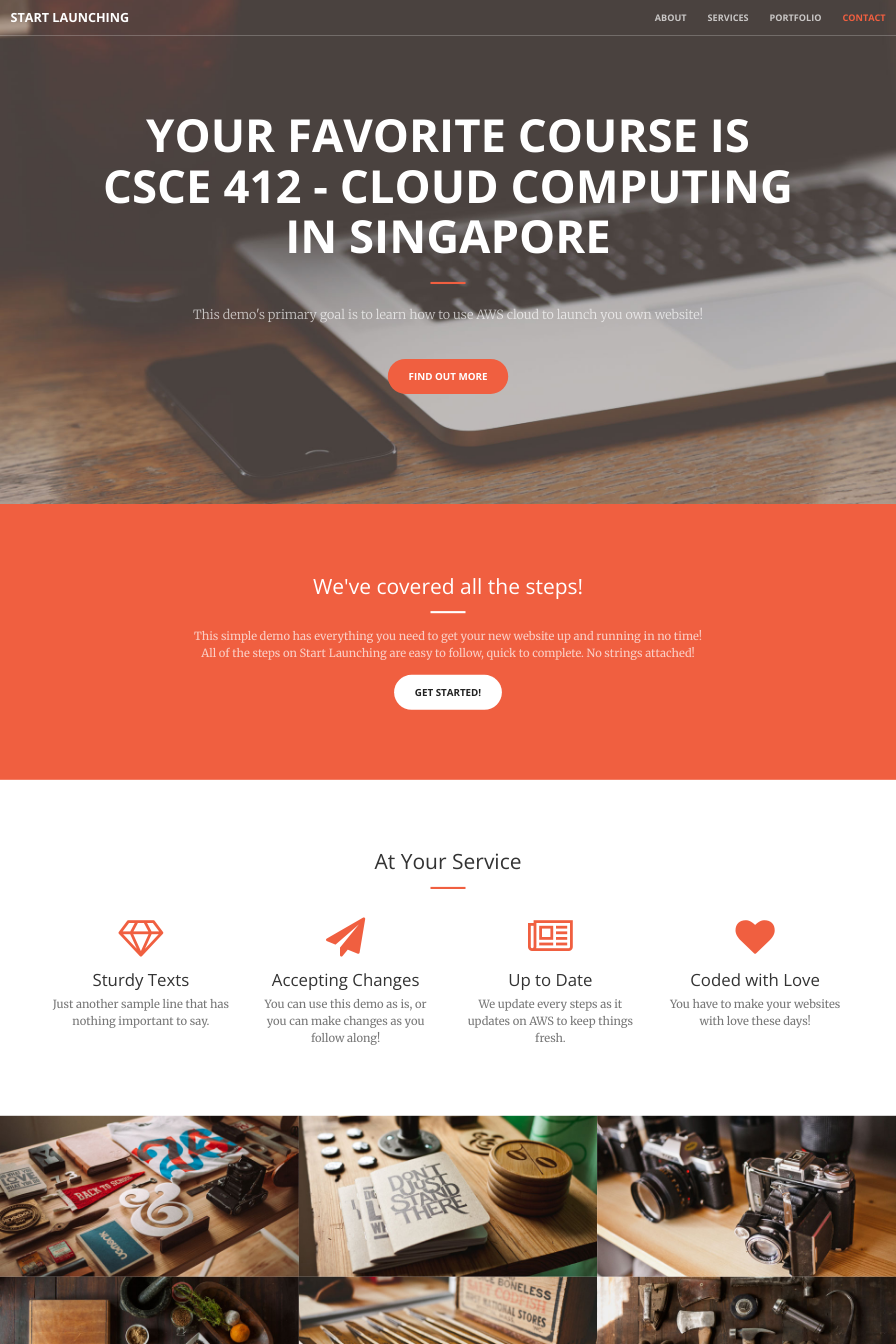
Repository: Alnotha/cs412alyan.me
Page: index.html
An editor plug-in stored every save of this project. The page is shown before and after the next save, followed by the edit.
The browser window is 1280 px wide. The pictures show the part of the page from y = 0 to 1920 px (the page is 2687 px tall), at 70% of full size.

Above is the page before, as saved 2025-01-08 20:48:02.

### index.html
<!DOCTYPE html>
<html lang="en">

<head>

    <meta charset="utf-8">
    <meta http-equiv="X-UA-Compatible" content="IE=edge">
    <meta name="viewport" content="width=device-width, initial-scale=1">
    <meta name="description" content="">
    <meta name="author" content="">

    <title>Creative - Start Launching</title>

    <!-- Bootstrap Core CSS -->
    <link rel="stylesheet" href="css/bootstrap.min.css" type="text/css">

    <!-- Custom Fonts -->
    <link href='http://fonts.googleapis.com/css?family=Open+Sans:300italic,400italic,600italic,700italic,800italic,400,300,600,700,800' rel='stylesheet' type='text/css'>
    <link href='http://fonts.googleapis.com/css?family=Merriweather:400,300,300italic,400italic,700,700italic,900,900italic' rel='stylesheet' type='text/css'>
    <link rel="stylesheet" href="font-awesome/css/font-awesome.min.css" type="text/css">

    <!-- Plugin CSS -->
    <link rel="stylesheet" href="css/animate.min.css" type="text/css">

    <!-- Custom CSS -->
    <link rel="stylesheet" href="css/creative.css" type="text/css">

    <!-- HTML5 Shim and Respond.js IE8 support of HTML5 elements and media queries -->
    <!-- WARNING: Respond.js doesn't work if you view the page via file:// -->
    <!--[if lt IE 9]>
        <script src="https://oss.maxcdn.com/libs/html5shiv/3.7.0/html5shiv.js"></script>
        <script src="https://oss.maxcdn.com/libs/respond.js/1.4.2/respond.min.js"></script>
    <![endif]-->

</head>

<body id="page-top">

    <nav id="mainNav" class="navbar navbar-default navbar-fixed-top">
        <div class="container-fluid">
            <!-- Brand and toggle get grouped for better mobile display -->
            <div class="navbar-header">
                <button type="button" class="navbar-toggle collapsed" data-toggle="collapse" data-target="#bs-example-navbar-collapse-1">
                    <span class="sr-only">Toggle navigation</span>
                    <span class="icon-bar"></span>
                    <span class="icon-bar"></span>
                    <span class="icon-bar"></span>
                </button>
                <a class="navbar-brand page-scroll" href="#page-top">Start Launching</a>
            </div>

            <!-- Collect the nav links, forms, and other content for toggling -->
            <div class="collapse navbar-collapse" id="bs-example-navbar-collapse-1">
                <ul class="nav navbar-nav navbar-right">
                    <li>
                        <a class="page-scroll" href="#about">About</a>
                    </li>
                    <li>
                        <a class="page-scroll" href="#services">Services</a>
                    </li>
                    <li>
                        <a class="page-scroll" href="#portfolio">Portfolio</a>
                    </li>
                    <li>
                        <a class="page-scroll" href="#contact">Contact</a>
                    </li>
                </ul>
            </div>
            <!-- /.navbar-collapse -->
        </div>
        <!-- /.container-fluid -->
    </nav>

    <header>
        <div class="header-content">
            <div class="header-content-inner">
                <h1>Your Favorite Course is CSCE 412 - Cloud Computing in Singapore</h1>
                <hr>
                <p>This demo's primary goal is to learn how to use AWS cloud to launch you own website!</p>
                <a href="#about" class="btn btn-primary btn-xl page-scroll">Find Out More</a>
            </div>
        </div>
    </header>

    <section class="bg-primary" id="about">
        <div class="container">
            <div class="row">
                <div class="col-lg-8 col-lg-offset-2 text-center">
                    <h2 class="section-heading">We've covered all the steps!</h2>
                    <hr class="light">
                    <p class="text-faded">This simple demo has everything you need to get your new website up and running in no time! All of the steps on Start Launching are easy to follow, quick to complete. No strings attached!</p>
                    <a href="#" class="btn btn-default btn-xl">Get Started!</a>
                </div>
            </div>
        </div>
    </section>

    <section id="services">
        <div class="container">
            <div class="row">
                <div class="col-lg-12 text-center">
                    <h2 class="section-heading">At Your Service</h2>
                    <hr class="primary">
                </div>
            </div>
        </div>
        <div class="container">
            <div class="row">
                <div class="col-lg-3 col-md-6 text-center">
                    <div class="service-box">
                        <i class="fa fa-4x fa-diamond wow bounceIn text-primary"></i>
                        <h3>Sturdy Texts</h3>
                        <p class="text-muted">Just another sample line that has nothing important to say.</p>
                    </div>
                </div>
                <div class="col-lg-3 col-md-6 text-center">
                    <div class="service-box">
                        <i class="fa fa-4x fa-paper-plane wow bounceIn text-primary" data-wow-delay=".1s"></i>
                        <h3>Accepting Changes</h3>
                        <p class="text-muted">You can use this demo as is, or you can make changes as you follow along!</p>
                    </div>
                </div>
                <div class="col-lg-3 col-md-6 text-center">
                    <div class="service-box">
                        <i class="fa fa-4x fa-newspaper-o wow bounceIn text-primary" data-wow-delay=".2s"></i>
                        <h3>Up to Date</h3>
                        <p class="text-muted">We update every steps as it updates on AWS to keep things fresh.</p>
                    </div>
                </div>
                <div class="col-lg-3 col-md-6 text-center">
                    <div class="service-box">
                        <i class="fa fa-4x fa-heart wow bounceIn text-primary" data-wow-delay=".3s"></i>
                        <h3>Coded with Love</h3>
                        <p class="text-muted">You have to make your websites with love these days!</p>
                    </div>
                </div>
            </div>
        </div>
    </section>

    <section class="no-padding" id="portfolio">
        <div class="container-fluid">
            <div class="row no-gutter">
                <div class="col-lg-4 col-sm-6">
                    <a href="#" class="portfolio-box">
                        <img src="img/portfolio/1.jpg" class="img-responsive" alt="">
                        <div class="portfolio-box-caption">
                            <div class="portfolio-box-caption-content">
                                <div class="project-category text-faded">
                                    Category
                                </div>
                                <div class="project-name">
                                    Project Name
                                </div>
                            </div>
                        </div>
                    </a>
                </div>
                <div class="col-lg-4 col-sm-6">
                    <a href="#" class="portfolio-box">
                        <img src="img/portfolio/2.jpg" class="img-responsive" alt="">
                        <div class="portfolio-box-caption">
                            <div class="portfolio-box-caption-content">
                                <div class="project-category text-faded">
                                    Category
                                </div>
                                <div class="project-name">
                                    Project Name
                                </div>
                            </div>
                        </div>
                    </a>
                </div>
                <div class="col-lg-4 col-sm-6">
                    <a href="#" class="portfolio-box">
                        <img src="img/portfolio/3.jpg" class="img-responsive" alt="">
                        <div class="portfolio-box-caption">
                            <div class="portfolio-box-caption-content">
                                <div class="project-category text-faded">
                                    Category
                                </div>
                                <div class="project-name">
                                    Project Name
                                </div>
                            </div>
                        </div>
                    </a>
                </div>
                <div class="col-lg-4 col-sm-6">
                    <a href="#" class="portfolio-box">
                        <img src="img/portfolio/4.jpg" class="img-responsive" alt="">
                        <div class="portfolio-box-caption">
                            <div class="portfolio-box-caption-content">
                                <div class="project-category text-faded">
                                    Category
                                </div>
                                <div class="project-name">
                                    Project Name
                                </div>
                            </div>
                        </div>
                    </a>
                </div>
                <div class="col-lg-4 col-sm-6">
                    <a href="#" class="portfolio-box">
                        <img src="img/portfolio/5.jpg" class="img-responsive" alt="">
                        <div class="portfolio-box-caption">
                            <div class="portfolio-box-caption-content">
                                <div class="project-category text-faded">
                                    Category
                                </div>
                                <div class="project-name">
                                    Project Name
                                </div>
                            </div>
                        </div>
                    </a>
                </div>
                <div class="col-lg-4 col-sm-6">
                    <a href="#" class="portfolio-box">
                        <img src="img/portfolio/6.jpg" class="img-responsive" alt="">
                        <div class="portfolio-box-caption">
                            <div class="portfolio-box-caption-content">
                                <div class="project-category text-faded">
                                    Category
                                </div>
                                <div class="project-name">
                                    Project Name
                                </div>
                            </div>
                        </div>
                    </a>
                </div>
            </div>
        </div>
    </section>

    <aside class="bg-dark">
        <div class="container text-center">
            <div class="call-to-action">
                <h2>Free Download this on Canvas!</h2>
                <a href="#" class="btn btn-default btn-xl wow tada">Download Now!</a>
            </div>
        </div>
    </aside>

    <section id="contact">
        <div class="container">
            <div class="row">
                <div class="col-lg-8 col-lg-offset-2 text-center">
                    <h2 class="section-heading">Let's Get In Touch!</h2>
                    <hr class="primary">
                    <p>Ready to start your next phase of this project? That's great! Give us a week or so and we will get back to you as soon as possible!</p>
                </div>
                <div class="col-lg-4 col-lg-offset-2 text-center">
                    <i class="fa fa-phone fa-3x wow bounceIn"></i>
                    <p>123-456-6789</p>
                </div>
                <div class="col-lg-4 text-center">
                    <i class="fa fa-envelope-o fa-3x wow bounceIn" data-wow-delay=".1s"></i>
                    <p><a href="mailto:your-email@your-domain.com">feedback@csce412.xyz</a></p>
                </div>
            </div>
        </div>
    </section>

    <!-- jQuery -->
    <script src="js/jquery.js"></script>

    <!-- Bootstrap Core JavaScript -->
    <script src="js/bootstrap.min.js"></script>

    <!-- Plugin JavaScript -->
    <script src="js/jquery.easing.min.js"></script>
    <script src="js/jquery.fittext.js"></script>
    <script src="js/wow.min.js"></script>

    <!-- Custom Theme JavaScript -->
    <script src="js/creative.js"></script>

</body>

</html>

### css/creative.css
/*!
 * Start Bootstrap - Creative Bootstrap Theme (http://startbootstrap.com)
 * Code licensed under the Apache License v2.0.
 * For details, see http://www.apache.org/licenses/LICENSE-2.0.
 */

html,
body {
    width: 100%;
    height: 100%;
}

body {
    font-family: Merriweather,'Helvetica Neue',Arial,sans-serif;
}

hr {
    max-width: 50px;
    border-color: #f05f40;
    border-width: 3px;
}

hr.light {
    border-color: #fff;
}

a {
    color: #f05f40;
    -webkit-transition: all .35s;
    -moz-transition: all .35s;
    transition: all .35s;
}

a:hover,
a:focus {
    color: #eb3812;
}

h1,
h2,
h3,
h4,
h5,
h6 {
    font-family: 'Open Sans','Helvetica Neue',Arial,sans-serif;
}

p {
    margin-bottom: 20px;
    font-size: 16px;
    line-height: 1.5;
}

.bg-primary {
    background-color: #f05f40;
}

.bg-dark {
    color: #fff;
    background-color: #222;
}

.text-faded {
    color: rgba(255,255,255,.7);
}

section {
    padding: 100px 0;
}

aside {
    padding: 50px 0;
}

.no-padding {
    padding: 0;
}

.navbar-default {
    border-color: rgba(34,34,34,.05);
    font-family: 'Open Sans','Helvetica Neue',Arial,sans-serif;
    background-color: #fff;
    -webkit-transition: all .35s;
    -moz-transition: all .35s;
    transition: all .35s;
}

.navbar-default .navbar-header .navbar-brand {
    text-transform: uppercase;
    font-family: 'Open Sans','Helvetica Neue',Arial,sans-serif;
    font-weight: 700;
    color: #f05f40;
}

.navbar-default .navbar-header .navbar-brand:hover,
.navbar-default .navbar-header .navbar-brand:focus {
    color: #eb3812;
}

.navbar-default .nav > li>a,
.navbar-default .nav>li>a:focus {
    text-transform: uppercase;
    font-size: 13px;
    font-weight: 700;
    color: #222;
}

.navbar-default .nav > li>a:hover,
.navbar-default .nav>li>a:focus:hover {
    color: #f05f40;
}

.navbar-default .nav > li.active>a,
.navbar-default .nav>li.active>a:focus {
    color: #f05f40!important;
    background-color: transparent;
}

.navbar-default .nav > li.active>a:hover,
.navbar-default .nav>li.active>a:focus:hover {
    background-color: transparent;
}

@media(min-width:768px) {
    .navbar-default {
        border-color: rgba(255,255,255,.3);
        background-color: transparent;
    }

    .navbar-default .navbar-header .navbar-brand {
        color: rgba(255,255,255,.7);
    }

    .navbar-default .navbar-header .navbar-brand:hover,
    .navbar-default .navbar-header .navbar-brand:focus {
        color: #fff;
    }

    .navbar-default .nav > li>a,
    .navbar-default .nav>li>a:focus {
        color: rgba(255,255,255,.7);
    }

    .navbar-default .nav > li>a:hover,
    .navbar-default .nav>li>a:focus:hover {
        color: #fff;
    }

    .navbar-default.affix {
        border-color: rgba(34,34,34,.05);
        background-color: #fff;
    }

    .navbar-default.affix .navbar-header .navbar-brand {
        font-size: 14px;
        color: #f05f40;
    }

    .navbar-default.affix .navbar-header .navbar-brand:hover,
    .navbar-default.affix .navbar-header .navbar-brand:focus {
        color: #eb3812;
    }

    .navbar-default.affix .nav > li>a,
    .navbar-default.affix .nav>li>a:focus {
        color: #222;
    }

    .navbar-default.affix .nav > li>a:hover,
    .navbar-default.affix .nav>li>a:focus:hover {
        color: #f05f40;
    }
}

header {
    position: relative;
    width: 100%;
    min-height: auto;
    text-align: center;
    color: #fff;
    background-image: url(../img/header.jpg);
    background-position: center;
    -webkit-background-size: cover;
    -moz-background-size: cover;
    background-size: cover;
    -o-background-size: cover;
}

header .header-content {
    position: relative;
    width: 100%;
    padding: 100px 15px;
    text-align: center;
}

header .header-content .header-content-inner h1 {
    margin-top: 0;
    margin-bottom: 0;
    text-transform: uppercase;
    font-weight: 700;
}

header .header-content .header-content-inner hr {
    margin: 30px auto;
}

header .header-content .header-content-inner p {
    margin-bottom: 50px;
    font-size: 16px;
    font-weight: 300;
    color: rgba(255,255,255,.7);
}

@media(min-width:768px) {
    header {
        min-height: 100%;
    }

    header .header-content {
        position: absolute;
        top: 50%;
        padding: 0 50px;
        -webkit-transform: translateY(-50%);
        -ms-transform: translateY(-50%);
        transform: translateY(-50%);
    }

    header .header-content .header-content-inner {
        margin-right: auto;
        margin-left: auto;
        max-width: 1000px;
    }

    header .header-content .header-content-inner p {
        margin-right: auto;
        margin-left: auto;
        max-width: 80%;
        font-size: 18px;
    }
}

.section-heading {
    margin-top: 0;
}

.service-box {
    margin: 50px auto 0;
    max-width: 400px;
}

@media(min-width:992px) {
    .service-box {
        margin: 20px auto 0;
    }
}

.service-box p {
    margin-bottom: 0;
}

.portfolio-box {
    display: block;
    position: relative;
    margin: 0 auto;
    max-width: 650px;
}

.portfolio-box .portfolio-box-caption {
    display: block;
    position: absolute;
    bottom: 0;
    width: 100%;
    height: 100%;
    text-align: center;
    color: #fff;
    opacity: 0;
    background: rgba(240,95,64,.9);
    -webkit-transition: all .35s;
    -moz-transition: all .35s;
    transition: all .35s;
}

.portfolio-box .portfolio-box-caption .portfolio-box-caption-content {
    position: absolute;
    top: 50%;
    width: 100%;
    text-align: center;
    transform: translateY(-50%);
}

.portfolio-box .portfolio-box-caption .portfolio-box-caption-content .project-category,
.portfolio-box .portfolio-box-caption .portfolio-box-caption-content .project-name {
    padding: 0 15px;
    font-family: 'Open Sans','Helvetica Neue',Arial,sans-serif;
}

.portfolio-box .portfolio-box-caption .portfolio-box-caption-content .project-category {
    text-transform: uppercase;
    font-size: 14px;
    font-weight: 600;
}

.portfolio-box .portfolio-box-caption .portfolio-box-caption-content .project-name {
    font-size: 18px;
}

.portfolio-box:hover .portfolio-box-caption {
    opacity: 1;
}

@media(min-width:768px) {
    .portfolio-box .portfolio-box-caption .portfolio-box-caption-content .project-category {
        font-size: 16px;
    }

    .portfolio-box .portfolio-box-caption .portfolio-box-caption-content .project-name {
        font-size: 22px;
    }
}

.call-to-action h2 {
    margin: 0 auto 20px;
}

.text-primary {
    color: #f05f40;
}

.no-gutter > [class*=col-] {
    padding-right: 0;
    padding-left: 0;
}

.btn-default {
    border-color: #fff;
    color: #222;
    background-color: #fff;
    -webkit-transition: all .35s;
    -moz-transition: all .35s;
    transition: all .35s;
}

.btn-default:hover,
.btn-default:focus,
.btn-default.focus,
.btn-default:active,
.btn-default.active,
.open > .dropdown-toggle.btn-default {
    border-color: #ededed;
    color: #222;
    background-color: #f2f2f2;
}

.btn-default:active,
.btn-default.active,
.open > .dropdown-toggle.btn-default {
    background-image: none;
}

.btn-default.disabled,
.btn-default[disabled],
fieldset[disabled] .btn-default,
.btn-default.disabled:hover,
.btn-default[disabled]:hover,
fieldset[disabled] .btn-default:hover,
.btn-default.disabled:focus,
.btn-default[disabled]:focus,
fieldset[disabled] .btn-default:focus,
.btn-default.disabled.focus,
.btn-default[disabled].focus,
fieldset[disabled] .btn-default.focus,
.btn-default.disabled:active,
.btn-default[disabled]:active,
fieldset[disabled] .btn-default:active,
.btn-default.disabled.active,
.btn-default[disabled].active,
fieldset[disabled] .btn-default.active {
    border-color: #fff;
    background-color: #fff;
}

.btn-default .badge {
    color: #fff;
    background-color: #222;
}

.btn-primary {
    border-color: #f05f40;
    color: #fff;
    background-color: #f05f40;
    -webkit-transition: all .35s;
    -moz-transition: all .35s;
    transition: all .35s;
}

.btn-primary:hover,
.btn-primary:focus,
.btn-primary.focus,
.btn-primary:active,
.btn-primary.active,
.open > .dropdown-toggle.btn-primary {
    border-color: #ed431f;
    color: #fff;
    background-color: #ee4b28;
}

.btn-primary:active,
.btn-primary.active,
.open > .dropdown-toggle.btn-primary {
    background-image: none;
}

.btn-primary.disabled,
.btn-primary[disabled],
fieldset[disabled] .btn-primary,
.btn-primary.disabled:hover,
.btn-primary[disabled]:hover,
fieldset[disabled] .btn-primary:hover,
.btn-primary.disabled:focus,
.btn-primary[disabled]:focus,
fieldset[disabled] .btn-primary:focus,
.btn-primary.disabled.focus,
.btn-primary[disabled].focus,
fieldset[disabled] .btn-primary.focus,
.btn-primary.disabled:active,
.btn-primary[disabled]:active,
fieldset[disabled] .btn-primary:active,
.btn-primary.disabled.active,
.btn-primary[disabled].active,
fieldset[disabled] .btn-primary.active {
    border-color: #f05f40;
    background-color: #f05f40;
}

.btn-primary .badge {
    color: #f05f40;
    background-color: #fff;
}

.btn {
    border: 0;
    border-radius: 300px;
    text-transform: uppercase;
    font-family: 'Open Sans','Helvetica Neue',Arial,sans-serif;
    font-weight: 700;
}

.btn-xl {
    padding: 15px 30px;
}

::-moz-selection {
    text-shadow: none;
    color: #fff;
    background: #222;
}

::selection {
    text-shadow: none;
    color: #fff;
    background: #222;
}

img::selection {
    color: #fff;
    background: 0 0;
}

img::-moz-selection {
    color: #fff;
    background: 0 0;
}

body {
    webkit-tap-highlight-color: #222;
}

Loaded but not shown: css/bootstrap.min.css (library); font-awesome/css/font-awesome.min.css (library); css/animate.min.css (library); js/jquery.js (library); js/bootstrap.min.js (library); js/jquery.easing.min.js (library); js/jquery.fittext.js (common file); js/wow.min.js (library); js/creative.js (48 lines, source omitted)

After the next save:
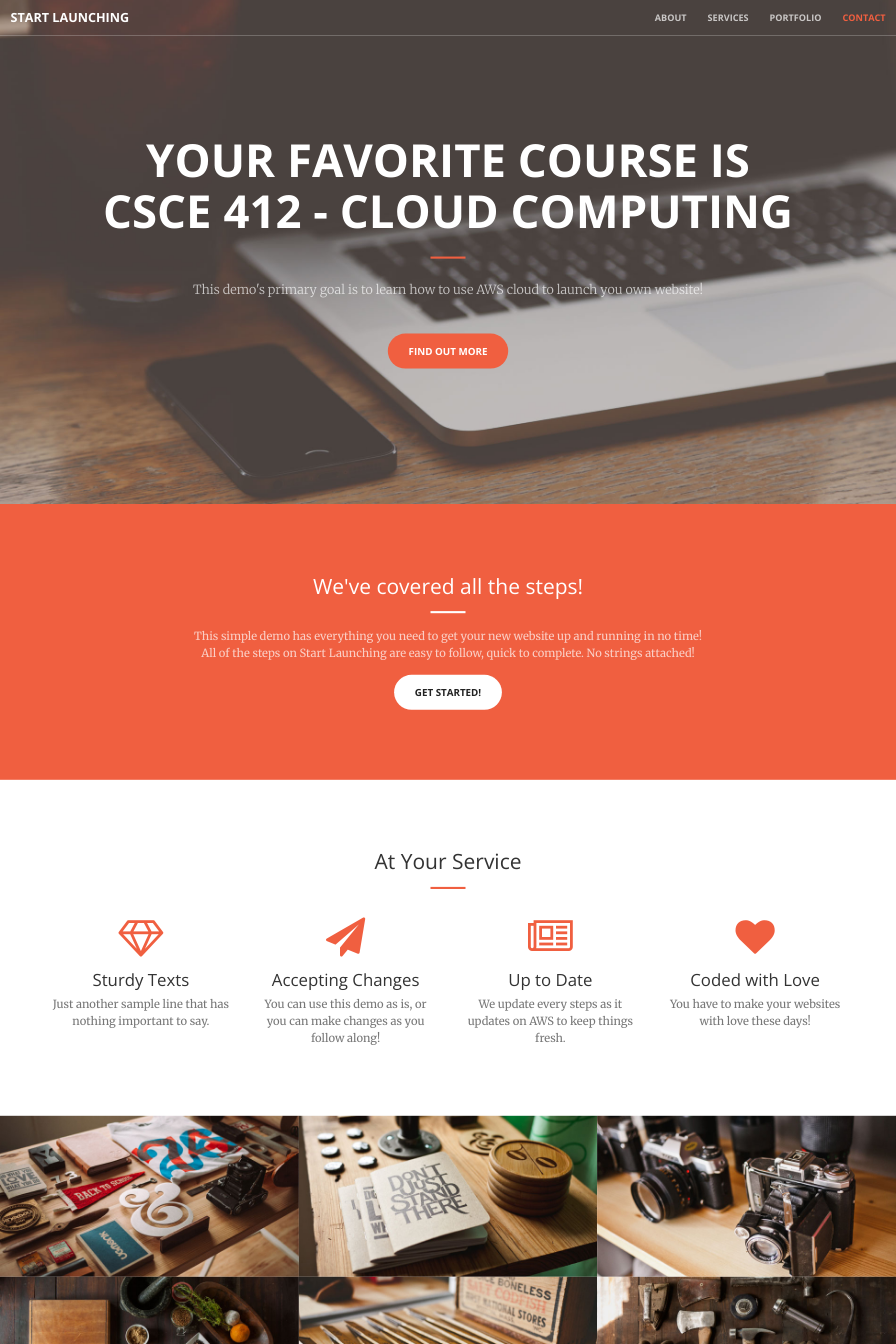
Saved 112 s later.
--- a/index.html
+++ b/index.html
@@ -74,7 +74,7 @@
     <header>
         <div class="header-content">
             <div class="header-content-inner">
-                <h1>Your Favorite Course is CSCE 412 - Cloud Computing in Singapore</h1>
+                <h1>Your Favorite Course is CSCE 412 - Cloud Computing</h1>
                 <hr>
                 <p>This demo's primary goal is to learn how to use AWS cloud to launch you own website!</p>
                 <a href="#about" class="btn btn-primary btn-xl page-scroll">Find Out More</a>
